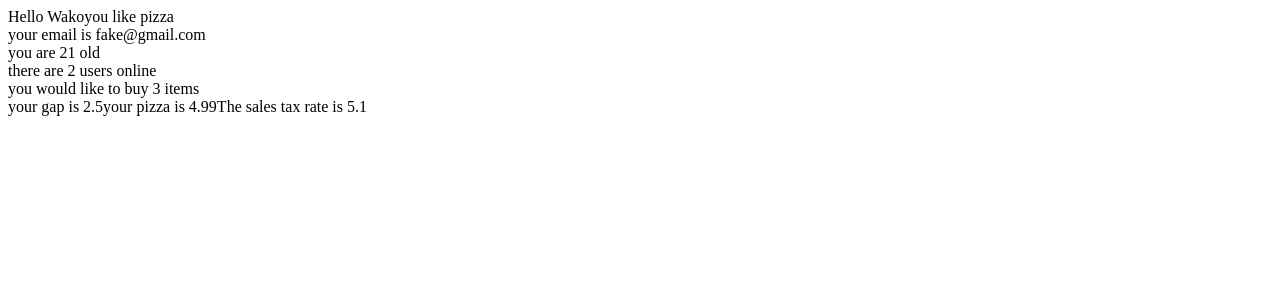
Repository: wakoya-tech/my-php-exercise
Page: http://localhost/
The author's editor kept a copy of each file at every save. The page is drawn from the files as they stood at one save, then again after the next save.
The browser window is 1280 px wide. The pictures show the whole page.
The page is run by PHP 8.4 with error messages shown; the project is at /var/www/html/.

Above is the page before, as saved 2025-12-09 10:23:44.

After the next save:
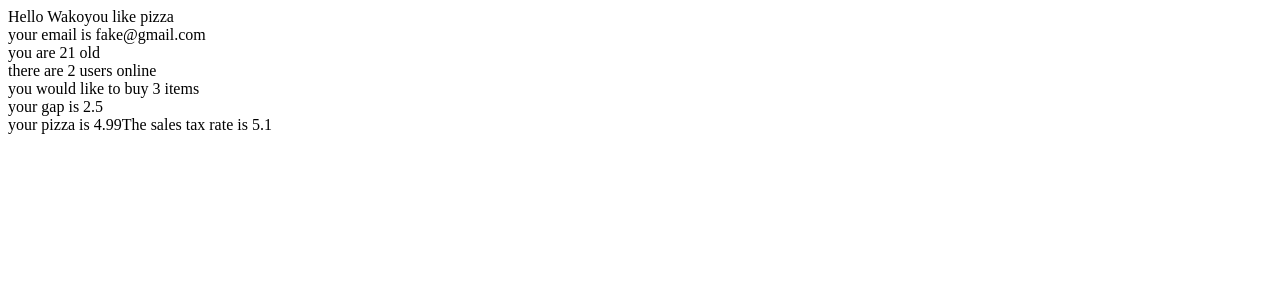
Saved 19 s later.
--- a/Documents/MyPhp/index.php
+++ b/Documents/MyPhp/index.php
@@ -14,6 +14,6 @@ echo "your email is {$email}<br>";
 echo "you are {$age} old <br>";
 echo "there are {$users} users online<br>";
 echo "you would like to buy {$quantity} items <br>";
-echo "your gap is {$gpa}";
-echo "your pizza is {$price}";
+echo "your gap is {$gpa}<br>";
+echo "your pizza is {$price}<bar>";
 echo "The sales tax rate is {$tax_rate}";
